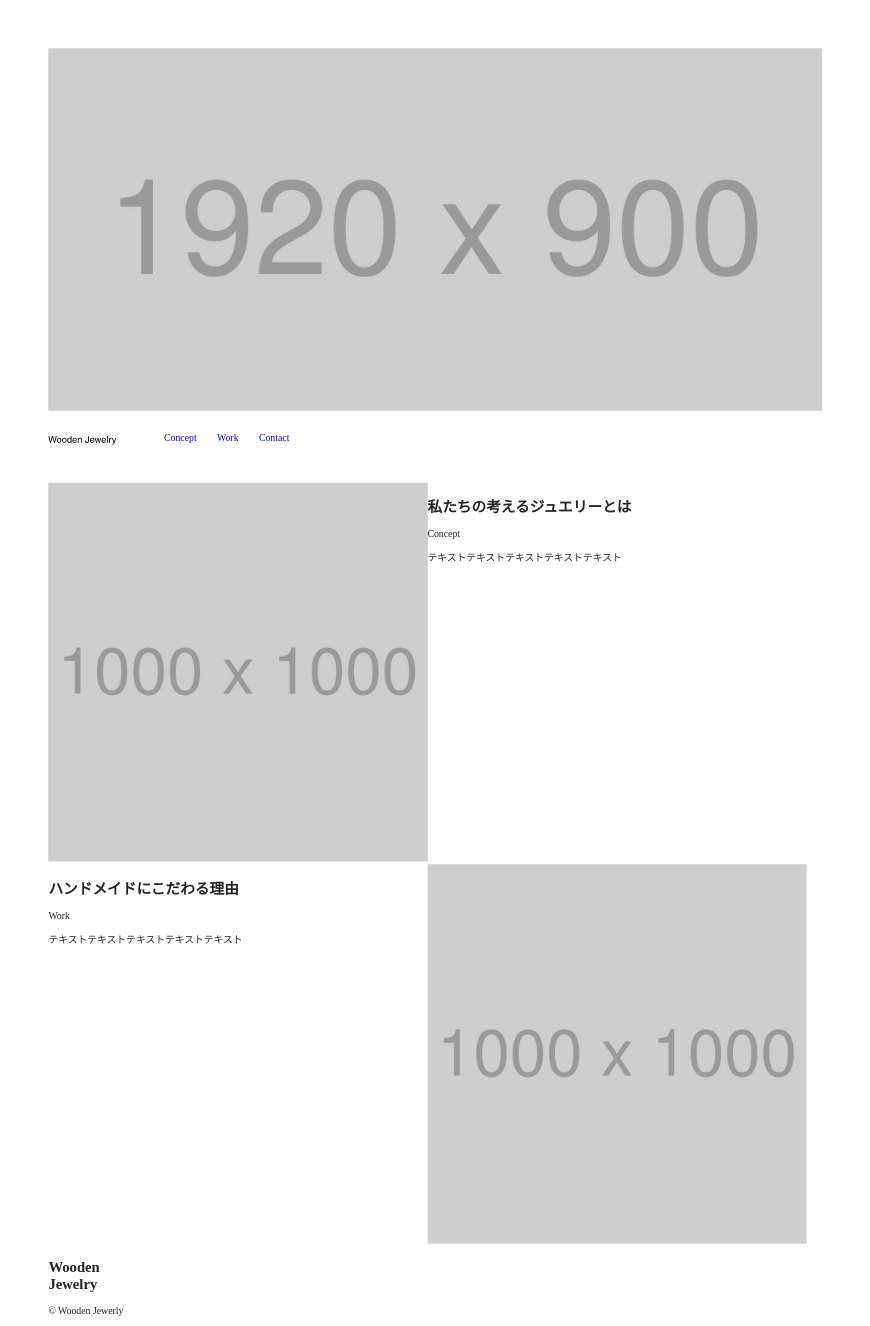
Repository: Fuki-san/jewelry
Page: http://localhost/jewelry
These files come from the project's save history. The page is drawn as it stood at one moment and after a run of saves; the edit follows.
The browser window is 1280 px wide. The pictures show the whole page, at 68% of full size.
The page is served by the project's Laravel application, run on PHP 8.4 with Laravel 10.

Above is the page before, as saved 2023-11-25 14:39:06.

After the next 2 saves:
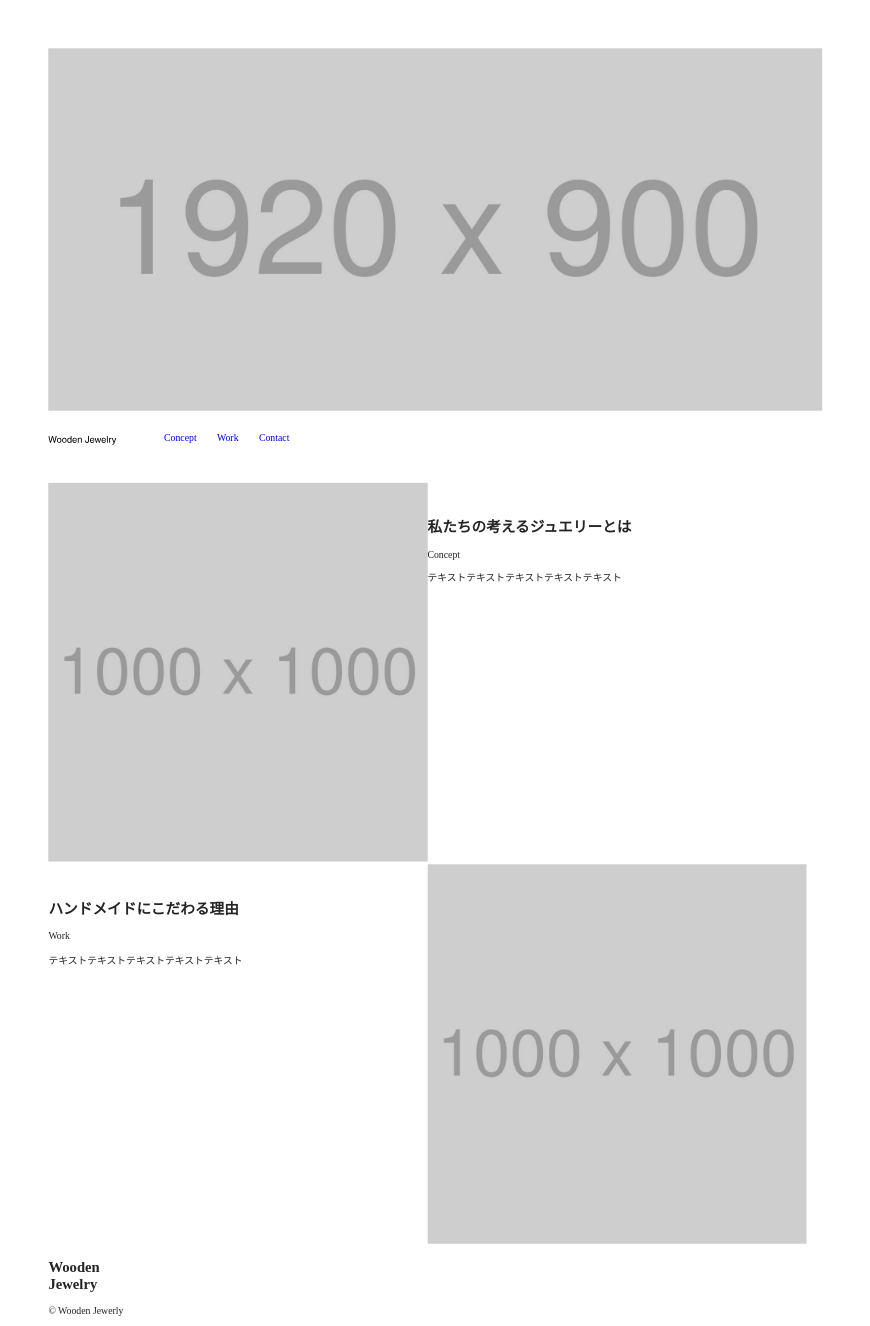
The 2 saves are shown as one change because they came seconds apart.
The last was saved 22 s later.
--- a/public/css/style.css
+++ b/public/css/style.css
@@ -50,5 +50,5 @@ img{
     padding-top: 30px;
 }
 .text{
-    padding: ;
+    padding: 30px 0;
 }
